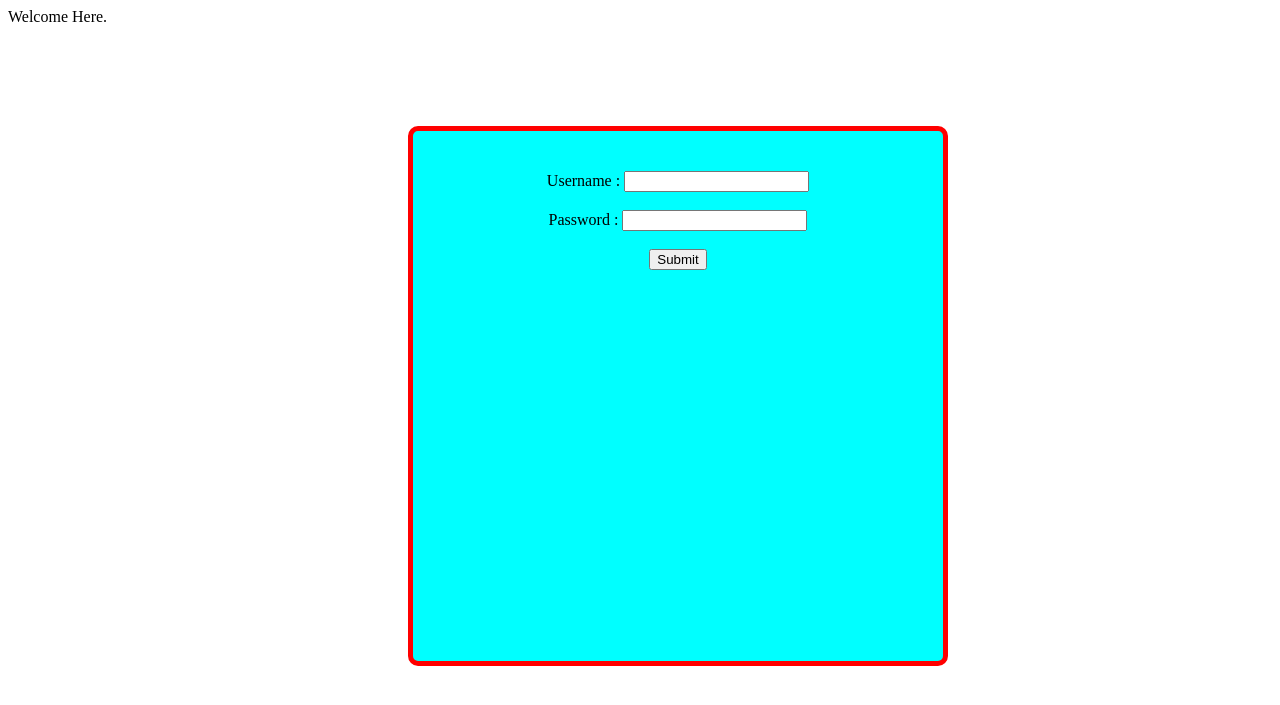
Repository: sunil965/JavaRepo
Page: WebProject/WebContent/index.html
These files come from the project's save history. The page is drawn as it stood at one moment and after the next save; the edit follows.
The browser window is 1280 px wide. The pictures show the whole page.

Above is the page before, as saved 2017-04-26 11:08:35.

After the next save:
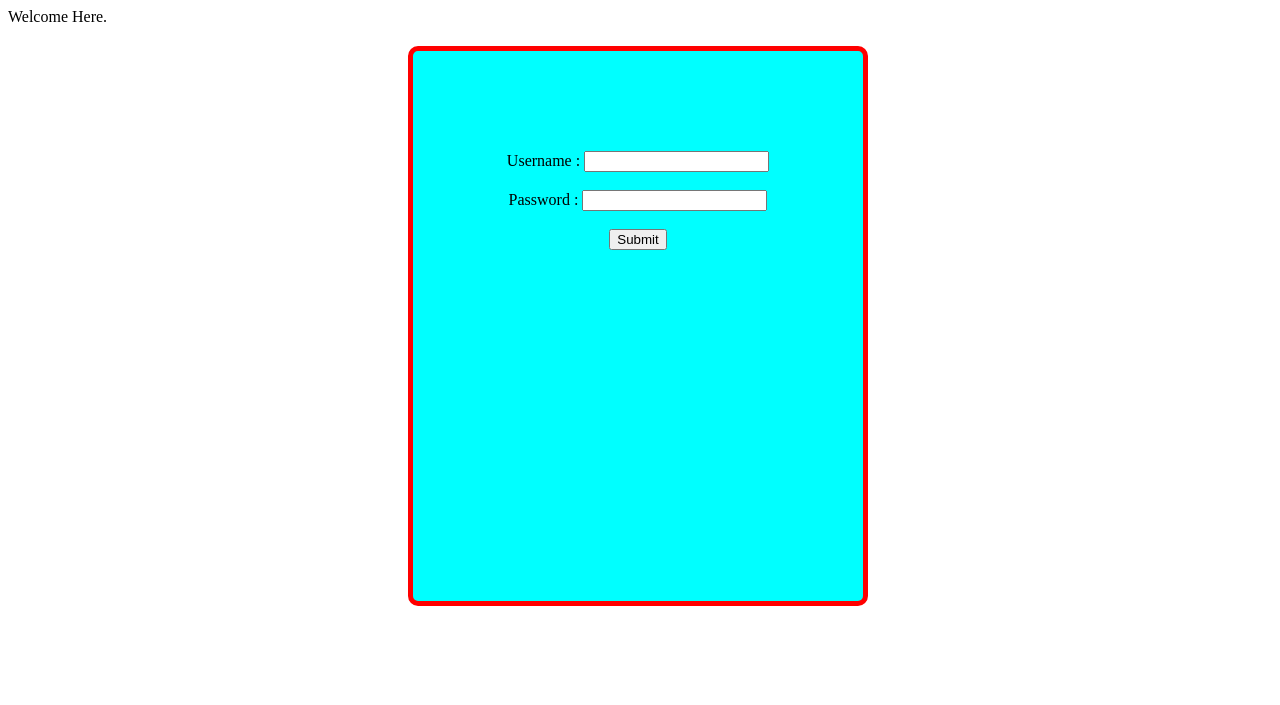
Saved 45 s later.
--- a/WebProject/WebContent/index.html
+++ b/WebProject/WebContent/index.html
@@ -11,8 +11,8 @@
    width: 450px;
    background-color: cyan;
    margin-left: 400px;
-   margin-top: 100px;
-   padding: 40px;
+   margin-top: 20px;
+   padding-top:100px;
    border-radius: 10px;
 
 
